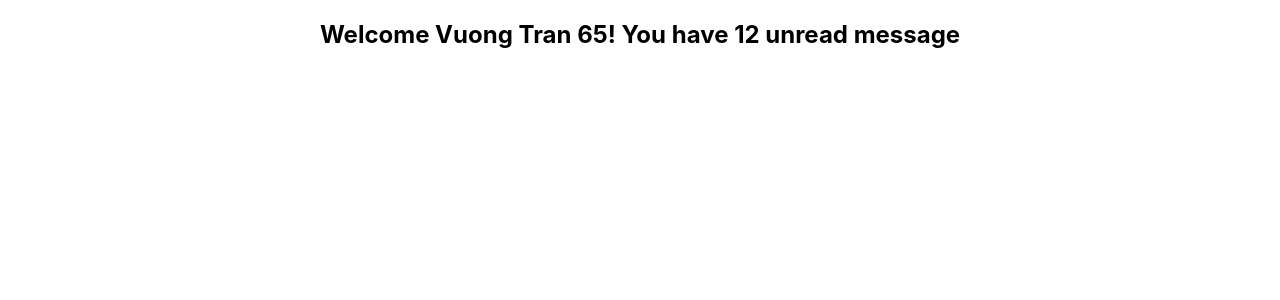
Repository: vuongtm1999/ALTA-exercise-1
Page: /
These files come from the project's save history. The page is drawn as it stood at one moment and after the next save; the edit follows.
The browser window is 1280 px wide. The pictures show the whole page.
The project was rebuilt for these pictures with package versions that can differ from the ones it lists, and the page was loaded fresh each time.

Above is the page before, as saved 2022-10-24 16:24:47.

After the next save:
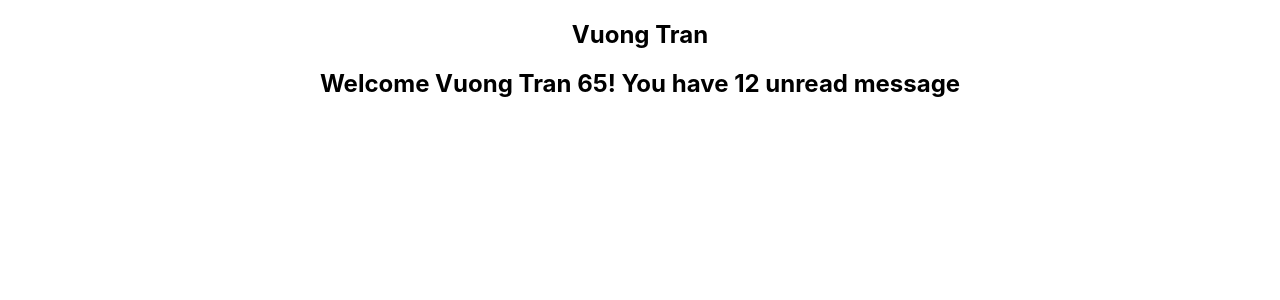
Saved 7 s later.
--- a/src/components/Person.tsx
+++ b/src/components/Person.tsx
@@ -8,7 +8,7 @@ type PersonProps = {
 
 function Person(props: PersonProps) {
     return (
-        <h2>{props.name.V} {props.name.B}</h2>
+        <h2>{props.name.firstName} {props.name.lastName}</h2>
      );
 }
 
